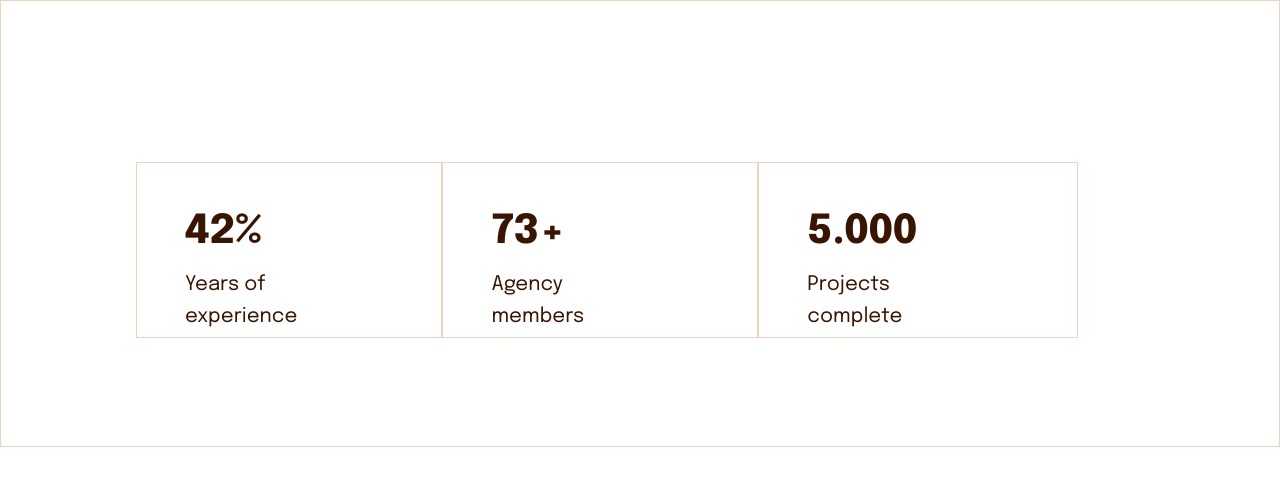
Repository: simralgasimov/task6
Page: index.html
An editor plug-in stored every save of this project. The page is shown before and after the next save, followed by the edit.
The browser window is 1280 px wide. The pictures show the whole page.

Above is the page before, as saved 2023-08-30 13:08:46.

After the next save:
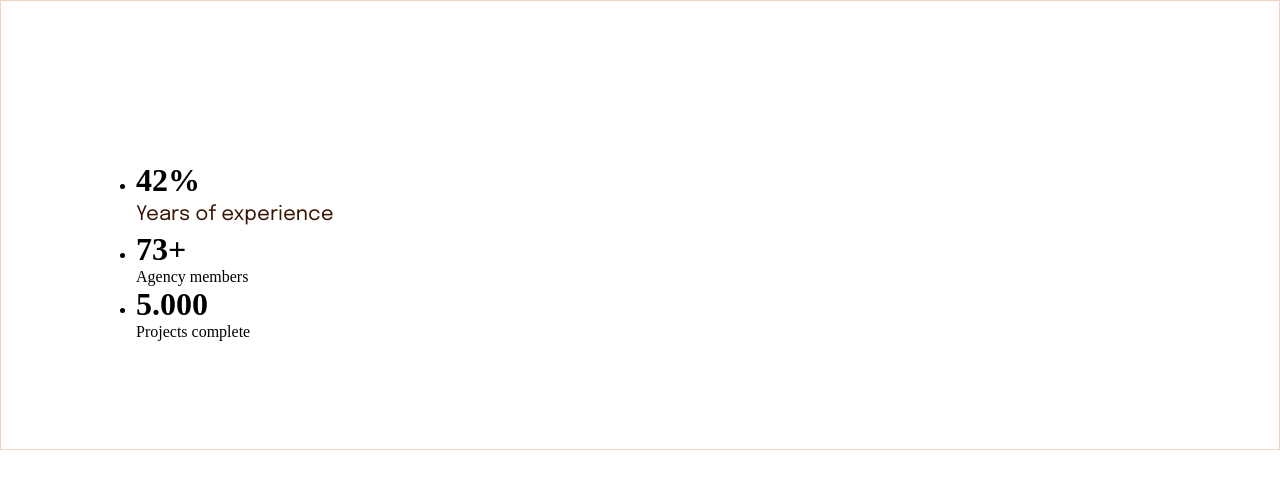
Saved 39 s later.
--- a/index.html
+++ b/index.html
@@ -9,7 +9,7 @@
 <body>
 <div class="container">
     <div class="container-1">
-        <ul class="box">
+        <ul >
             <li class="box-1"><h1>42%
             </h1>
             <p>Years of experience
